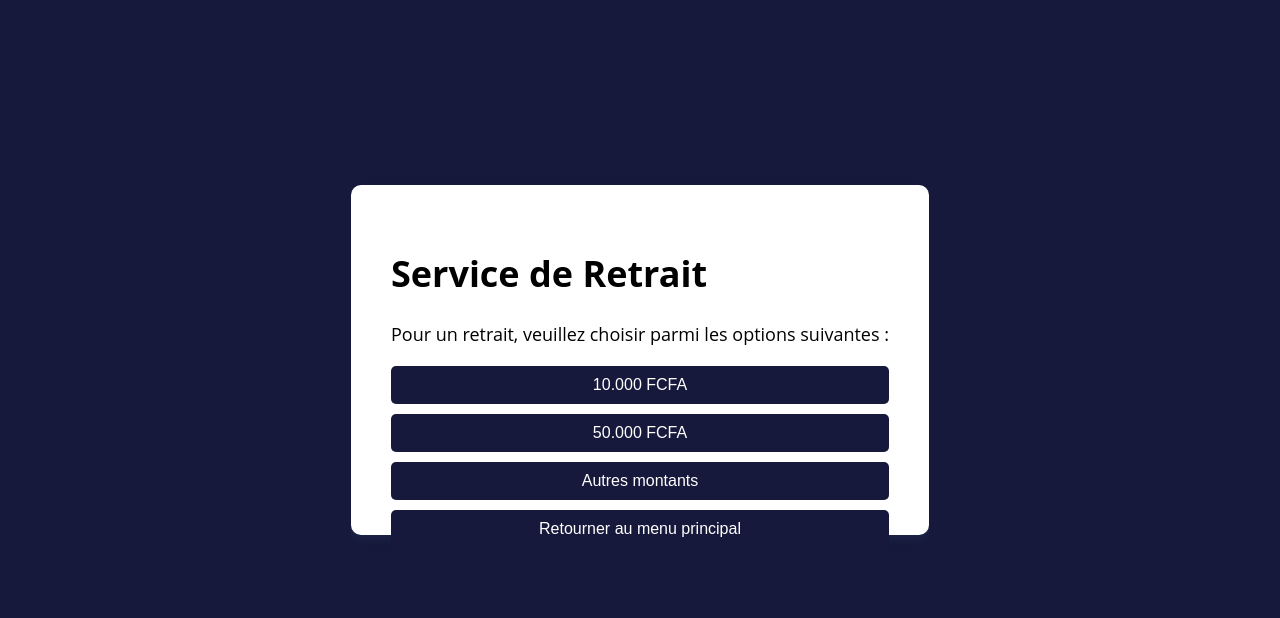
Repository: ndiawar/ProjetGab
Page: retrait.html
An editor plug-in stored every save of this project. The page is shown before and after the next save, followed by the edit.
The browser window is 1280 px wide. The pictures show the whole page.

Above is the page before, as saved 2024-08-08 10:37:57.
Console error: TypeError: Cannot read properties of null (reading 'addEventListener')

### retrait.html
<!DOCTYPE html>
<html lang="fr">
<head>
    <meta charset="UTF-8">
    <meta name="viewport" content="width=device-width, initial-scale=1.0">
    <link rel="stylesheet" href="style.css">
    <title>Retrait</title>
</head>
<body>
    <div class="container">
        <h1 id="service">Service de Retrait</h1>
        <p id="welcome-message">Pour un retrait, veuillez choisir parmi les options suivantes :</p>
        <button class="button retrait-option" data-amount="10000">10.000 FCFA</button>
        <button class="button retrait-option" data-amount="50000">50.000 FCFA</button>
        <button class="button" id="autreMontant">Autres montants</button>
        <button class="button" id="retourButton">Retourner au menu principal</button>
        <p id="retraitMessage" class="retrait-message"></p>
    </div>
    <script src="script.js"></script>
</body>
</html>

### style.css
:root {
    /* Définition des couleurs de base */
    --blue-sky-1: #16193B; /* Bleu nuit */
    --blue-sky-2: #35478C; /* Bleu foncé */
    --blue-sky-3: #4E7AC7; /* Bleu vif */
    --blue-sky-4: #7FB2F0; /* Bleu clair */
    --blue-sky-5: #ADD5F7; /* Bleu très clair */
    --Noir-6: #000000; /* Noir */
    --White-7: #ffffff; /* Blanc */

    /* Utilisation des couleurs pour différents éléments */
    --color-title: var(--blue-sky-1); /* Couleur pour les titres */
    --color-subtitle: var(--blue-sky-3); /* Couleur pour les sous-titres */
    --color-paragraph: var(--blue-sky-2); /* Couleur pour les paragraphes */
    --color-border: var(--blue-sky-4); /* Couleur pour les bordures */
    --color-backgroundFoncé: var(--blue-sky-1); /* Couleur de fond foncée */
    --color-background: var(--blue-sky-5); /* Couleur de fond général */
    --color-text: var(--Noir-6); /* Couleur pour le texte de fond */
    --color-white: var(--White-7); /* Couleur blanche pour le texte de fond d'une balise */

    /* Polices */
    --font-title: 'Montserrat', sans-serif;
    --font-text: 'Open Sans', sans-serif;
    --font-subtitle: 'Roboto', sans-serif;

    /* Taille de police standard et poids */
    --font-size-normal: 18px; /* Taille de police standard pour le texte */
    --font-size-title: 32px; /* Taille de police pour les grands titres */
    --font-size-subtitle: 25px; /* Taille de police pour les sous-titres */
    --font-weight-normal: 450; /* Poids normal de la police */
    --font-weight-bold: 750; /* Poids en gras */
}


/*Initialisation de notre body pour supprimer les marges et choix du type de police pour notre site*/


/*Initialisation de notre body pour supprimer les marges et choix du type de police pour notre site*/
* {
  box-sizing: border-box;
}

/* Style global pour le corps de la page */
body, html {
    margin: 0;
    padding: 0;
    color: var(--color-text);
    font-family: var(--font-text);
    font-size: var(--font-size-normal);
    font-weight: var(--font-weight-normal);
    overflow-x: hidden;
    height: 100%;
    display: flex;
    align-items: center;
    justify-content: center;
    background-color: var(--color-backgroundFoncé);
}

/* Conteneur principal de la page de connexion */
.login-container {
    display: flex;
    width: 100%;
    max-width: 900px;
    height: 500px;
    background-color: var(--color-white);
    box-shadow: 0 4px 8px rgba(101, 150, 214, 0.1);
    border-radius: 10px;
    overflow: hidden;
}

/* Style pour la section du formulaire de connexion */
.login-form {
    flex: 1;
    padding: 40px;
    background-color: var(--color-white);
    display: flex;
    flex-direction: column;
    justify-content: center;
}

/* Style pour les titres et formulaires dans la section de connexion */
.login-form h2 {
    margin-bottom: 20px;
    color: var(--color-title);
    font-size: var(--font-size-title);
    font-family: var(--font-title);
    font-weight: var(--font-weight-bold);
    padding: 5px 0 60px 50px;
}

.form-group {
    margin-bottom: 15px;
    font-size: var(--font-subtitle);
    font-weight: var(--font-weight-normal);
    font-family: var(--font-text);
    color: var(--color-title);
}

.form-group label {
    display: block;
    margin-bottom: 5px;
    color: var(--color-title);
}

.form-group input {
    width: 100%;
    padding: 10px;
    border: 1px solid var(--color-title);
    border-radius: 5px;
    font-size: 16px;
    box-sizing: border-box;
}

button {
    width: 100%;
    padding: 10px;
    background-color: var(--color-backgroundFoncé);
    color: var(--color-white);
    border: none;
    border-radius: 5px;
    font-size: 16px;
    cursor: pointer;
    transition: background-color 0.3s ease;
}

button:hover {
    background-color: var(--color-border);
}

/* Style pour la section de bienvenue avec le logo */
.welcome-section {
    flex: 1;
    display: flex;
    align-items: center;
    justify-content: center;
    color: var(--color-backgroundFoncé);
}

.welcome-content {
    text-align: center;
    padding: 20px;
}

.logo {
    width: 350px;
    height: 350px;
    margin-bottom: 20px;
}

.welcome-section h1 {
    margin: 0 0 10px;
    font-size: 36px;
}

.welcome-section p {
    font-size: 18px;
    margin: 0;
}

/* Style pour le conteneur principal de gestion */
.container {
    background-color: var(--color-white);
    border-radius: 10px; /* Assurez-vous qu'il correspond à .login-container */
    box-shadow: 0 4px 8px rgba(101, 150, 214, 0.1); /* Utilisez le même box-shadow que .login-container */
    padding: 40px; /* Assurez-vous que le padding est le même pour le confort */
    max-width: 900px; /* Assurez-vous qu'il correspond à max-width de .login-container */
    height: 350px; /* Assurez-vous qu'il correspond à height de .login-container */
    width: 100%;
    margin: 0 auto; /* Centrer le conteneur */
}

.service {
    font-size: 24px;
    margin-bottom: 10px;
    color: var(black);
    text-align: center;
  }

h1.bienvenue {
    font-size: 24px;
    margin-bottom: 10px;
    color: var(--color-title); /* Utilisez la variable de couleur définie */
}

p.welcome-message {
    font-size: 18px;
    margin-bottom: 20px;
    color: var(--color-title); /* Utilisez la variable de couleur définie */
}

.service {
  font-size: 24px;
  margin-bottom: 10px;
  color: var(black);
  text-align: center;
}
#welcome-message {
  font-size: 18px;
  margin-bottom: 20px;
  color: var(black);
}
.button {
  display: block;
  width: 100%;
  padding: 10px;
  margin: 10px 0;
  font-size: 16px;
  text-align: center;
  border: none;
  border-radius: 5px;
  cursor: pointer;
  transition: background-color 0.3s;
  background-color: var(--color-backgroundFoncé);
}
.button:hover {
  background-color: var(--color-border);
}
/*Fin Partie Etienne*/

/* Style pour le modal (masqué par défaut) */
.modal {
    display: none; /* Masqué par défaut */
    position: fixed; /* Fixé en plein écran */
    z-index: 1; /* Au-dessus de tout le reste */
    left: 0;
    top: 0;
    width: 100%; /* Largeur totale */
    height: 100%; /* Hauteur totale */
    overflow: auto; /* Activer le défilement si nécessaire */
    background-color: rgba(0, 0, 0, 0.4); /* Couleur de fond semi-transparente */
}

/* Style pour le contenu du modal */
.modal-content {
    background-color: #fefefe;
    margin: 15% auto; /* Centré verticalement et horizontalement */
    padding: 20px;
    border: 1px solid #888;
    width: 80%; /* Largeur du contenu du modal */
    max-width: 500px; /* Largeur maximale */
    border-radius: 8px;
    box-shadow: 0 4px 8px rgba(0, 0, 0, 0.2);
}

/* Style pour le bouton de fermeture */
.close {
    color: #aaa;
    float: right;
    font-size: 28px;
    font-weight: bold;
    cursor: pointer;
}

.close:hover,
.close:focus {
    color: rgb(85, 10, 10);
    text-decoration: none;
}

### script.js
// Déclaration du tableau utilisateurs avec des valeurs d'objets
const utilisateurs = [
    { idCard: '1001', mdp: '51234', etatCmpt: false, nom: 'Dupont', prenom: 'Jean', solde: 1000000 },
    { idCard: '1002', mdp: '95678', etatCmpt: false, nom: 'Martin', prenom: 'Marie', solde: 1500000 },
    { idCard: '1003', mdp: '45637', etatCmpt: false, nom: 'Durand', prenom: 'Pierre', solde: 500000 },
    { idCard: '1004', mdp: '98712', etatCmpt: false, nom: 'Leroy', prenom: 'Luc', solde: 750000 },
    { idCard: '1005', mdp: '45632', etatCmpt: false, nom: 'Moreau', prenom: 'Sophie', solde: 2000000 },
    { idCard: '1006', mdp: '54832', etatCmpt: false, nom: 'Simon', prenom: 'Laura', solde: 3000000 },
    { idCard: '1007', mdp: '12345', etatCmpt: false, nom: 'Lambert', prenom: 'Alex', solde: 1200000 },
    { idCard: '1008', mdp: '67890', etatCmpt: false, nom: 'Garcia', prenom: 'Elena', solde: 1800000 },
    { idCard: '1009', mdp: '11223', etatCmpt: false, nom: 'Bernard', prenom: 'Nicolas', solde: 2500000 },
    { idCard: '1010', mdp: '44556', etatCmpt: false, nom: 'Petit', prenom: 'Lucie', solde: 2200000 }
];

// Sauvegarder les données initiales de l'utilisateur dans localStorage si ce n'est pas déjà fait
if (!localStorage.getItem('utilisateurs')) {
    localStorage.setItem('utilisateurs', JSON.stringify(utilisateurs));
}

// Déclaration de variable pour enregistrer le nombre maximum de tentatives
// et une variable pour mettre dans le local storage si l'utilisateur est bloqué après trois tentatives
const maxAttempts = 3;
const userAttempts = JSON.parse(localStorage.getItem('userAttempts')) || {};

// Charge les données de l'utilisateur depuis le LocalStorage
let storedUsers = JSON.parse(localStorage.getItem('utilisateurs')) || [];
let currentUser = null; // Stocke l'utilisateur actuellement connecté

// On récupère les éléments id du formulaire pour interagir avec l'événement
// Récupère id du paragraphe pour afficher les messages d'erreurs
const loginForm = document.getElementById('loginForm');
const errorMessage = document.getElementById('errorMessage');

// Ajoute un gestionnaire d'événement pour le formulaire de connexion
loginForm.addEventListener('submit', function(event) {
    event.preventDefault(); // Empêche le formulaire de se soumettre de manière classique

    // Récupère les valeurs saisies par l'utilisateur
    const identifiant = document.getElementById('identifiant').value;
    const password = document.getElementById('password').value;

    // Recherche l'utilisateur correspondant à l'identifiant saisi
    const utilisateur = storedUsers.find(u => u.idCard === identifiant);

    if (!utilisateur) {
        // Affiche un message d'erreur si l'identifiant est incorrect
        errorMessage.textContent = "Identifiant de carte introuvable, veuillez réessayer.";
        errorMessage.style.display = "block";
        return;
    }

    if (utilisateur.etatCmpt) {
        // Affiche un message d'erreur si le compte est bloqué
        errorMessage.textContent = "Compte bloqué. Veuillez contacter votre banque.";
        errorMessage.style.display = "block";
        return;
    }

    if (!userAttempts[identifiant]) {
        // Initialise les tentatives de connexion pour l'utilisateur si elles n'existent pas encore
        userAttempts[identifiant] = 0;
    }

    if (utilisateur.mdp !== password) {
        // Vérifie si le mot de passe est correct
        userAttempts[identifiant]++;
        if (userAttempts[identifiant] >= maxAttempts) {
            // Bloque le compte après trois tentatives échouées
            utilisateur.etatCmpt = true;
            localStorage.setItem('utilisateurs', JSON.stringify(storedUsers));
            errorMessage.textContent = "Compte bloqué après trois tentatives échouées.";
            errorMessage.style.display = "block";
        } else {
            // Met à jour les tentatives de connexion restantes
            localStorage.setItem('userAttempts', JSON.stringify(userAttempts));
            errorMessage.textContent = `Mot de passe incorrect. Tentative ${userAttempts[identifiant]} sur ${maxAttempts}.`;
            errorMessage.style.display = "block";
        }
        return;
    }

    // Réinitialise les tentatives de connexion après une connexion réussie
    userAttempts[identifiant] = 0;
    localStorage.setItem('userAttempts', JSON.stringify(userAttempts));

    // Stocke les informations de l'utilisateur connecté dans sessionStorage
    sessionStorage.setItem('currentUser', JSON.stringify(utilisateur));

    // Affiche un message de bienvenue et redirige vers la page de gestion
    alert(`Authentification réussie! Bienvenue, ${utilisateur.prenom} ${utilisateur.nom}.`);
    errorMessage.style.display = "none";
    window.location.href = './bienvenue.html'; // Redirection vers la page bienvenue
});

// Fonction pour vérifier le solde de l'utilisateur connecté
function verifierSolde() {
    // Récupère les informations de l'utilisateur depuis sessionStorage
    const currentUser = JSON.parse(sessionStorage.getItem('currentUser'));
    if (currentUser) {
        // Affiche le solde de l'utilisateur s'il est connecté
        alert(`Votre solde actuel est de ${currentUser.solde} Fcfa.`);
    } else {
        // Affiche un message d'erreur si aucun utilisateur n'est connecté
        alert("Utilisateur non connecté.");
    }
}

// Récupération des éléments du DOM


// Gestionnaire d'événement pour le bouton "Retrait"


function redirectRetrait() {
    window.location.href = './retrait.html'; // Redirection vers la page retrait
};

After the next save:
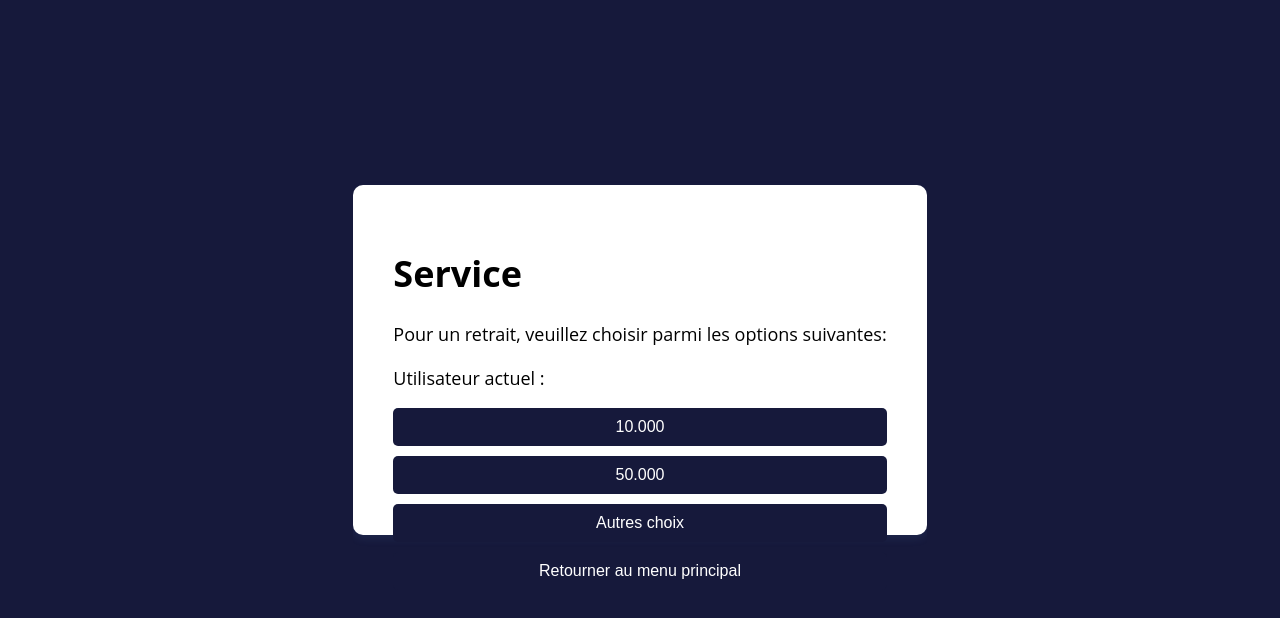
Saved 3 min 36 s later.
--- a/retrait.html
+++ b/retrait.html
@@ -8,13 +8,14 @@
 </head>
 <body>
     <div class="container">
-        <h1 id="service">Service de Retrait</h1>
-        <p id="welcome-message">Pour un retrait, veuillez choisir parmi les options suivantes :</p>
-        <button class="button retrait-option" data-amount="10000">10.000 FCFA</button>
-        <button class="button retrait-option" data-amount="50000">50.000 FCFA</button>
-        <button class="button" id="autreMontant">Autres montants</button>
+        <h1 id="service">Service</h1>
+        <p id="welcome-message">Pour un retrait, veuillez choisir parmi les options suivantes:</p>
+        <p>Utilisateur actuel : <span id="current-user"></span></p>
+        <button class="button retrait" onclick="withdrawAmount(10000)">10.000</button>
+        <button class="button solde" onclick="withdrawAmount(50000)">50.000</button>
+        <button class="button depot" onclick="withdrawCustomAmount()">Autres choix</button>
         <button class="button" id="retourButton">Retourner au menu principal</button>
-        <p id="retraitMessage" class="retrait-message"></p>
+
     </div>
     <script src="script.js"></script>
 </body>
